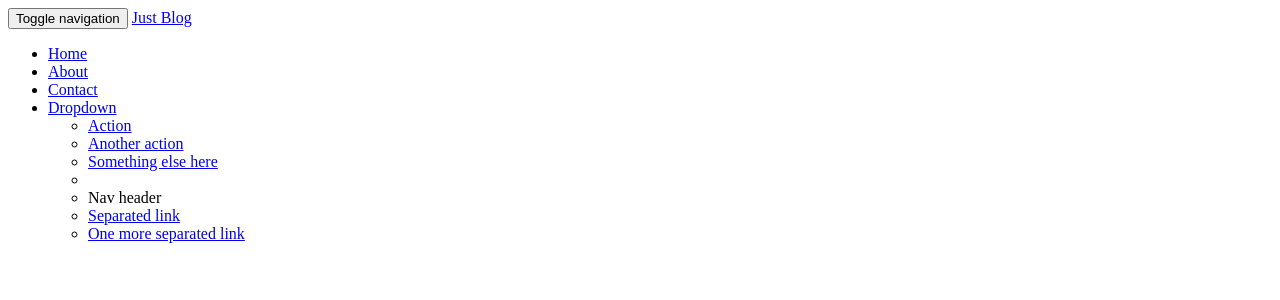
Repository: irfanhabib0/Final-JustBlog
Page: JustBlogFrontEnd/WebContent/user/Header2.html
These files come from the project's save history. The page is drawn as it stood at one moment and after the next save; the edit follows.
The browser window is 1280 px wide. The pictures show the whole page.

Above is the page before, as saved 2017-08-24 09:26:21.

After the next save:
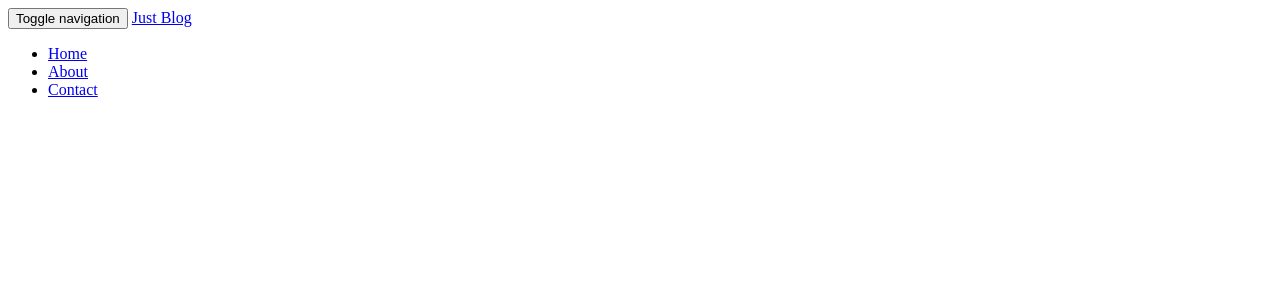
Saved 2 min 26 s later.
--- a/JustBlogFrontEnd/WebContent/user/Header2.html
+++ b/JustBlogFrontEnd/WebContent/user/Header2.html
@@ -15,18 +15,7 @@
             <li class="active"><a href="#">Home</a></li>
             <li><a href="#about">About</a></li>
             <li><a href="#contact">Contact</a></li>
-            <li class="dropdown">
-              <a href="#" class="dropdown-toggle" data-toggle="dropdown" role="button" aria-haspopup="true" aria-expanded="false">Dropdown <span class="caret"></span></a>
-              <ul class="dropdown-menu">
-                <li><a href="#">Action</a></li>
-                <li><a href="#">Another action</a></li>
-                <li><a href="#">Something else here</a></li>
-                <li role="separator" class="divider"></li>
-                <li class="dropdown-header">Nav header</li>
-                <li><a href="#">Separated link</a></li>
-                <li><a href="#">One more separated link</a></li>
-              </ul>
-            </li>
+
           </ul>
           </div>
           </div>
